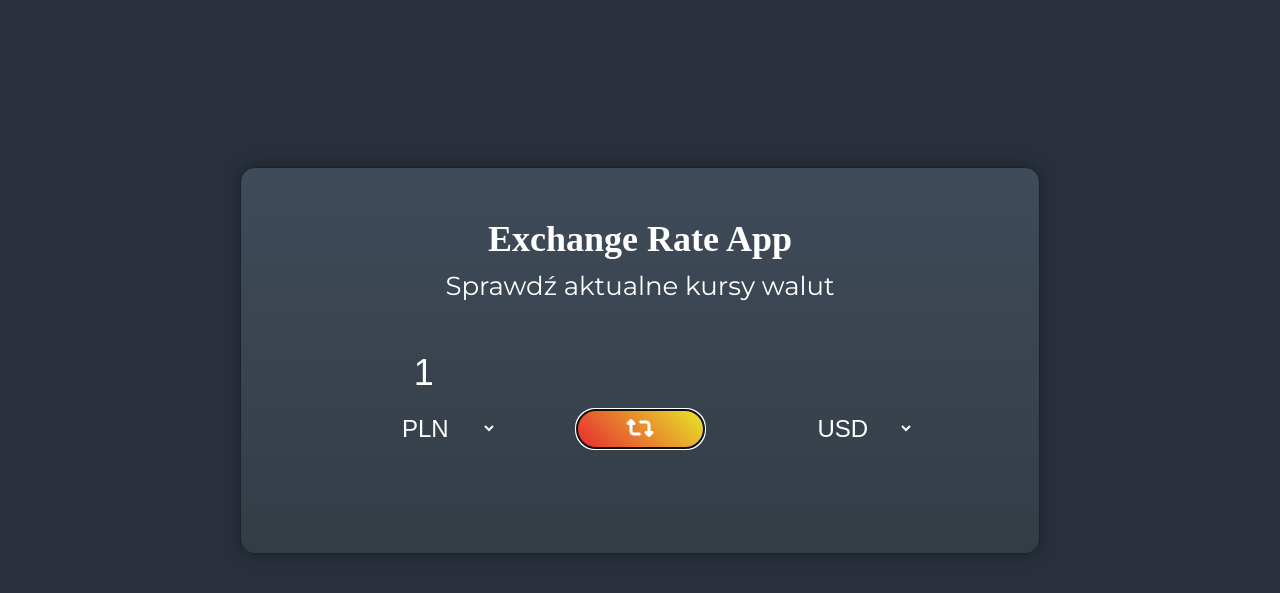
Repository: KrzysKolo/Projekt-6_Kantor
Page: index.html
The author's editor kept a copy of each file at every save. The page is drawn from the files as they stood at one save, then again after the next save.
The browser window is 1280 px wide. The pictures show the whole page.
The first visible `.swap` has the focus.
Some web fonts or font styles are not loaded; a fallback is used. Some web libraries are served in a nearby version.

Above is the page before, as saved 2020-07-12 06:25:01.

### index.html
<!DOCTYPE html>
<html lang="en">
  <head>
    <meta charset="UTF-8" />
    <meta name="viewport" content="width=device-width, initial-scale=1.0" />
    <title>Kantor</title>
    <link
      href="https://fonts.googleapis.com/css2?family=Montserrat:wght@200;400&family=Niconne&family=Vibes&display=swap"
      rel="stylesheet"
    />
    <script
      src="https://kit.fontawesome.com/327a0d490c.js"
      crossorigin="anonymous"
    ></script>

    <link rel="stylesheet" href="./css/style.css" />
  </head>
  <body>
    <div class="wrapper">
      <h1>Exchange Rate App</h1>
      <p>Sprawdź aktualne kursy walut</p>
      <div class="app-body">
        <div class="section-left">
          <input type="number" class="amount-one" value="1" />
          <select name="currency-one">
            <option value="PLN" selected>PLN</option>
            <option value="USD">USD</option>
            <option value="GBP">GBP</option>
            <option value="EUR">EUR</option>
            <option value="CHF">CHF</option>
            <option value="JPY">JPY</option>
          </select>
        </div>
        <button class="swap">
          <i class="fas fa-retweet"></i>
        </button>
        <div class="section-right">
          <input type="number" class="amount-two" disabled />
          <select name="currency-two">
            <option value="PLN">PLN</option>
            <option value="USD" selected>USD</option>
            <option value="GBP">GBP</option>
            <option value="EUR">EUR</option>
            <option value="CHF">CHF</option>
            <option value="JPY">JPY</option>
          </select>
        </div>
      </div>
      <p class="rate-info"></p>
    </div>
    <script src="./js/index.js"></script>
  </body>
</html>

### css/style.css
* {
  box-sizing: border-box;
  margin: 0;
  padding: 0;
}
body {
  display: flex;
  justify-content: center;
  align-items: center;
  height: 100vh;

  background-color: #29303b;
}
.wrapper {
  padding: 50px;
  width: 800px;
  background-image: linear-gradient(#3f4b59, #333d46);
  color: #fff;
  text-align: center;
  border: 1px solid #1c232d;
  border-radius: 15px;
  box-shadow: 0 0 15px #1c232d;
}
.wrapper h1 {
  margin-bottom: 10px;
  font-size: 36px;
  font-family: "Vibes", cursive;
}
.wrapper p {
  margin-bottom: 50px;
  font-size: 26px;

  font-family: "Montserrat", sans-serif;
}
.app-body {
  display: flex;
  justify-content: center;
  align-items: center;
}
.section-left,
.section-right {
  display: flex;
  flex-direction: column;
  align-items: center;
}
.app-body input {
  margin-bottom: 10px;
  width: 100%;
  font-size: 36px;
}
.app-body input,
.app-body select {
  color: #fff;
  border: none;
  background: none;
  text-align: center;
}
.app-body select {
  padding: 10px 30px;
  font-size: 24px;
  cursor: pointer;
}
.app-body input:focus,
.app-body select:focus {
  outline: none;
  color: rgb(67, 171, 255);
}
.app-body option {
  color: #333;
}
.swap {
  align-self: flex-end;
  margin: 5px;
  padding: 5px 50px;
  background-image: linear-gradient(45deg, #e82930, #e8e829);
  font-size: 24px;
  border: none;
  border-radius: 25px;
  color: #fff;
  cursor: pointer;
}

Loaded but not shown: js/index.js (no copy from this time; the picture is the same without it)

After the next save:
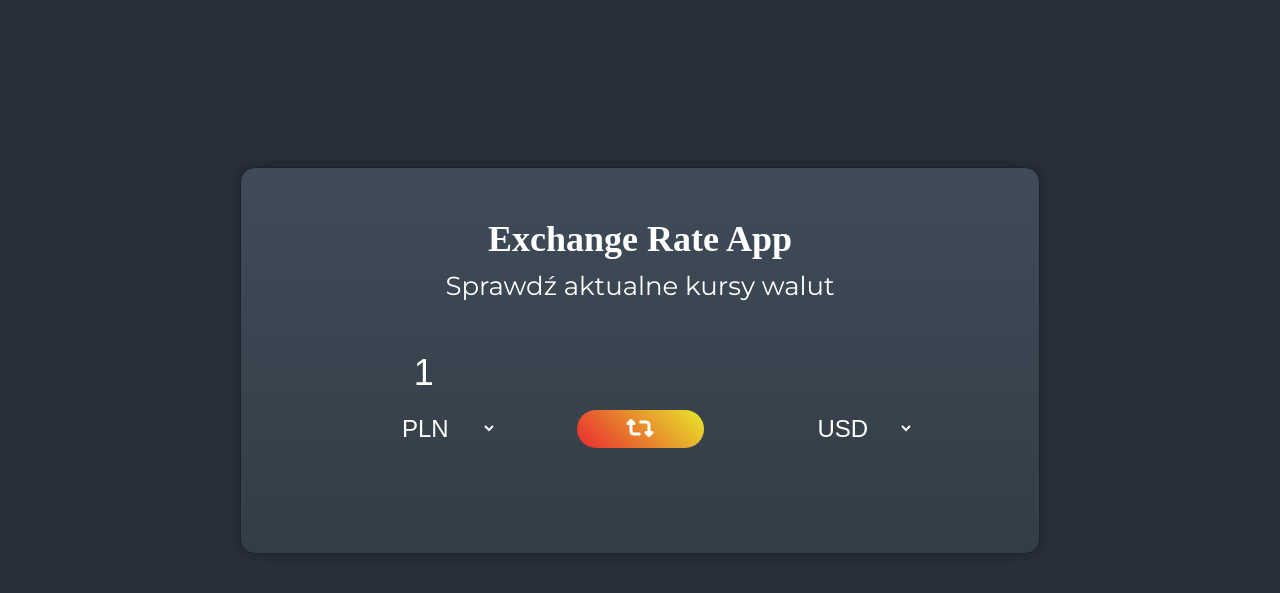
Saved 108 s later.
--- a/css/style.css
+++ b/css/style.css
@@ -79,3 +79,7 @@ body {
   color: #fff;
   cursor: pointer;
 }
+.swap:focus {
+  outline: none;
+  background-image: linear-gradient(45deg, #e82930, #e8e829);
+}
